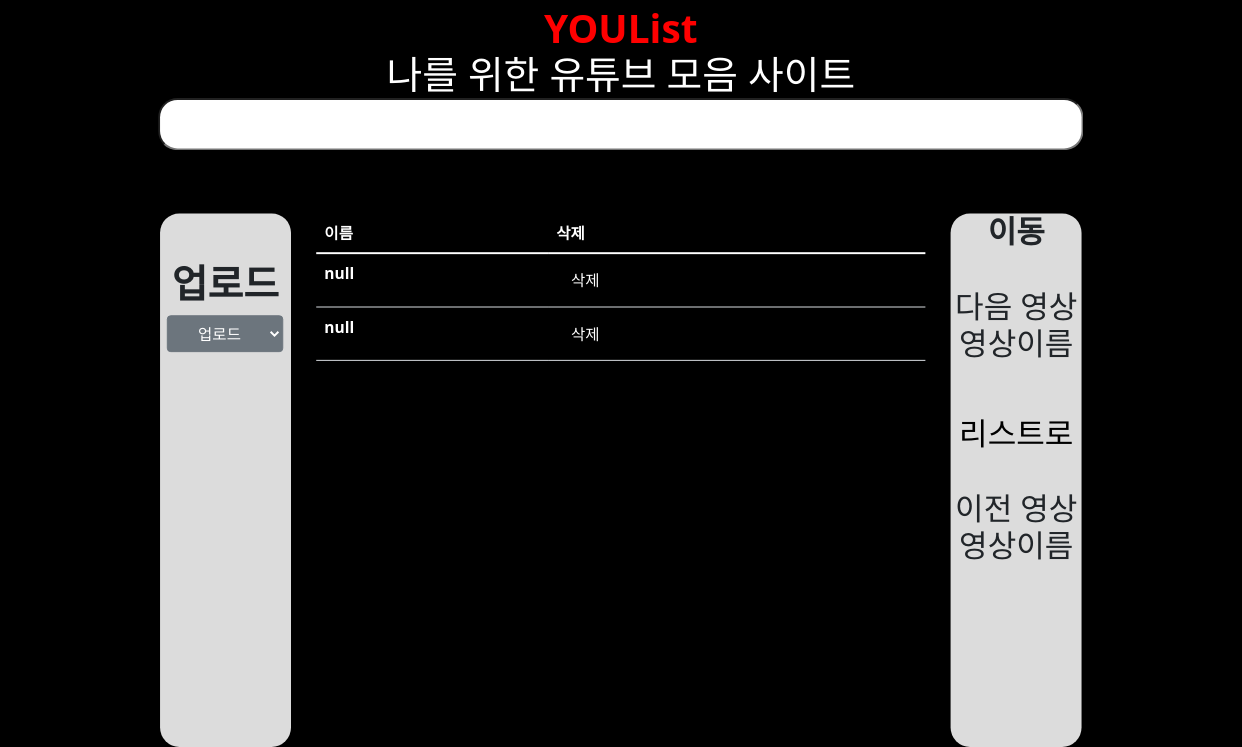
Repository: sojihwan/YouList
Page: / (app in youlist/)
These files come from the project's save history. The page is drawn as it stood at one moment and after the next save; the edit follows.
The browser window is 1280 px wide. The pictures show the whole page, at 97% of full size.
The project was rebuilt for these pictures with package versions that can differ from the ones it lists, and the page was loaded fresh each time. Also part of the build but not shown: youlist/src/App.css, youlist/src/Body/View.js, youlist/src/Body/Uplode.js.

Above is the page before, as saved 2022-05-17 13:03:22.

After the next save:
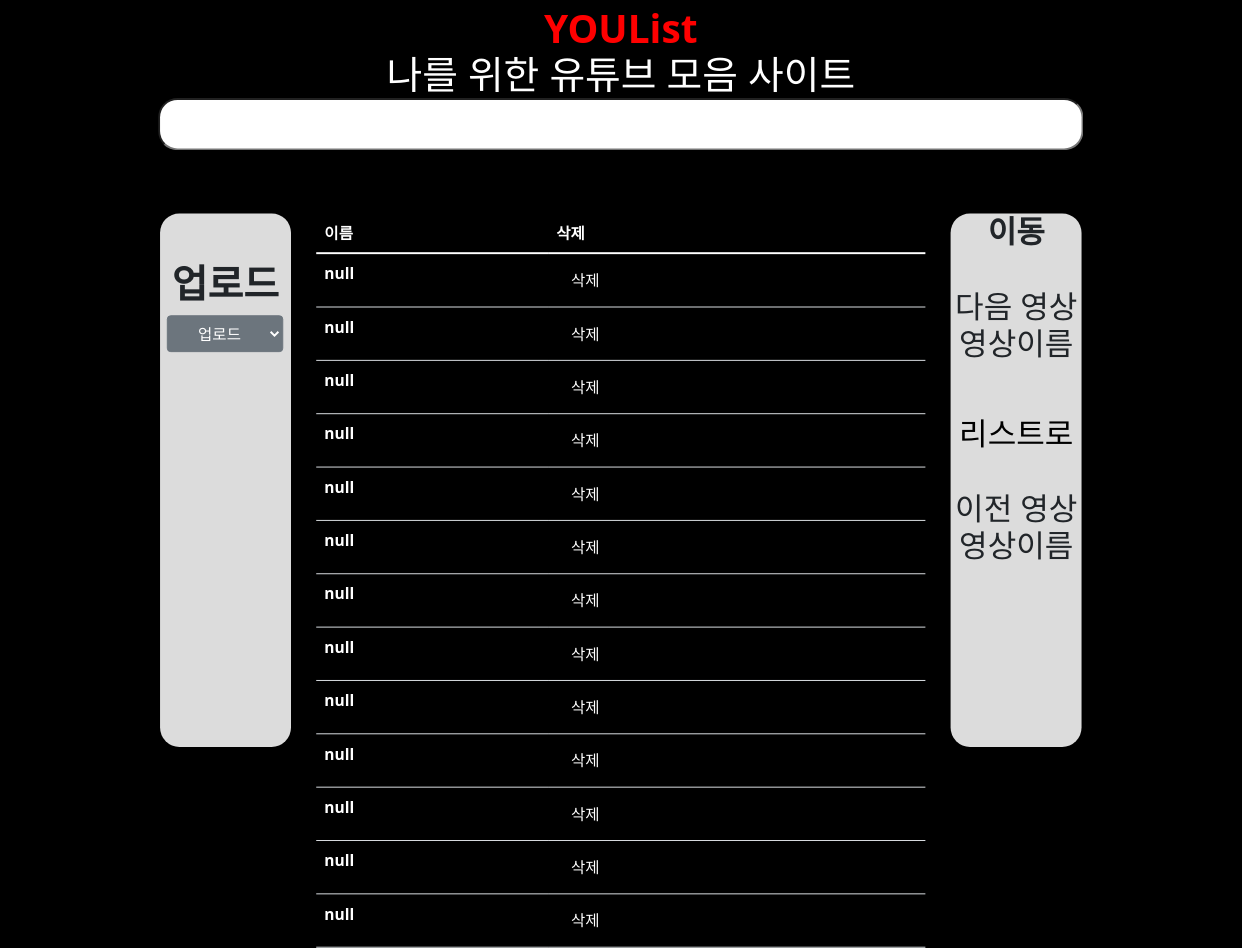
Saved 10 min 29 s later.
--- a/youlist/src/Body/Body.js
+++ b/youlist/src/Body/Body.js
@@ -9,7 +9,18 @@ function Body(props) {
   const [lists, setLists] = useState([
     //  for(var i = 0; i <= localStorage.length-1; i++) {
         JSON.parse(localStorage.getItem(0)),
-        JSON.parse(localStorage.getItem(1))
+        JSON.parse(localStorage.getItem(1)),
+        JSON.parse(localStorage.getItem(2)),
+        JSON.parse(localStorage.getItem(3)),
+        JSON.parse(localStorage.getItem(4)),
+        JSON.parse(localStorage.getItem(5)),
+        JSON.parse(localStorage.getItem(6)),
+        JSON.parse(localStorage.getItem(7)),
+        JSON.parse(localStorage.getItem(8)),
+        JSON.parse(localStorage.getItem(9)),
+        JSON.parse(localStorage.getItem(10)),
+        JSON.parse(localStorage.getItem(11)),
+        JSON.parse(localStorage.getItem(12)),
     //  }
     ])
 
